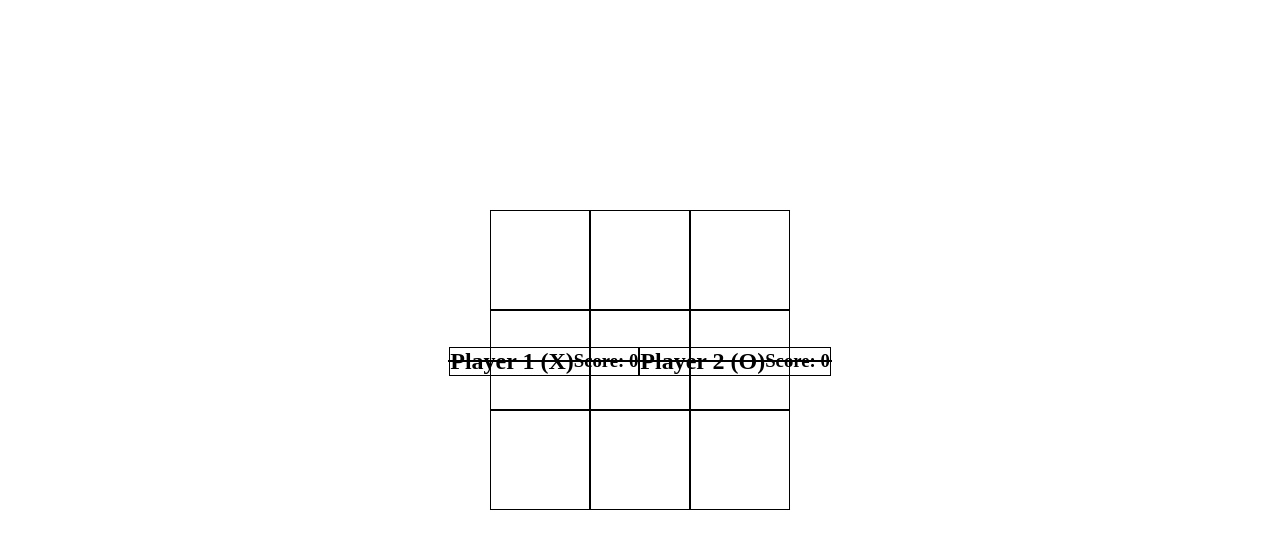
Repository: Dimitris2031/Tic-Tac-Toe
Page: main.html
An editor plug-in stored every save of this project. The page is shown before and after a run of saves, followed by the edit.
The browser window is 1280 px wide. The pictures show the whole page.

Above is the page before, as saved 2025-09-05 23:45:58.

### main.html
<!DOCTYPE html>
    <head>
        <title>Rock Paper Sciscor Project</title>
        <link rel="stylesheet" href="main.css">
    </head>
    <body>
        <div class="scoreboard">
            <div class="player1">
                <h2>Player 1 (X)</h2>
                <h3 id="player1score">Score: 0</h3>
            </div>
            <div class="player2">
                <h2>Player 2 (O)</h2>
                <h3 id="player2score">Score: 0</h3>
            </div>
        </div>
        <main class="main">
            <div></div>
            <div></div>
            <div></div>
            <div></div>
            <div></div>
            <div></div>
            <div></div>
            <div></div>
            <div></div>
        </main>
        <script src="main.js"></script>
    </body>

</html>

### main.css
*{
    margin: 0;
    padding: 0;
    box-sizing: border-box;
}
body{
    display: flex;
    align-items: center;
    justify-content: center;
    min-height: 100vh;
}

main{
    display: grid;
    width: 300px;
    height: 300px;
    grid-template-columns: repeat(3,1fr);
    grid-template-rows: repeat(3,1fr);

}

div{
    border: 1px solid black;
    display: flex;
    align-items: center;
    justify-content: center;
}

.scoreboard{
    position: absolute;
    top: 50%;
    bottom: 50%;
}

### main.js

const Gameboard = (() => {
    const GameboardArray = new Array(9).fill(null);
    const winningConditions = [
        [0, 1, 2],
        [3, 4, 5],
        [6, 7, 8],

        [0, 3, 6],
        [1, 4, 7],
        [2, 5, 8],

        [0, 4, 8],
        [2, 4, 6]
    ];
    function updateBoard(index, marker){
        GameboardArray[index] = marker;
        document.getElementById(index).textContent = marker;
    }
    return {
        updateBoard,
        winningConditions,
        GameboardArray};
    })();


const GameReferee = (() => {
    let currIndex = 1;
    let player1 = playerFactory('player1','X',0);
    let player2 = playerFactory('player2','O',0);
    const players = [player1,player2];
    function checkPlayerTurn(){
        currIndex = 1 - currIndex;
        players[currIndex];
        return players[currIndex];
    }

    function checkWin(){
        for (let condition of Gameboard.winningConditions){
            const [a,b,c] = condition;
            if (Gameboard.GameboardArray[a] && Gameboard.GameboardArray[a] === Gameboard.GameboardArray[b] && Gameboard.GameboardArray[a] === Gameboard.GameboardArray[c]){
                if (Gameboard.GameboardArray[a] === 'X'){
                    alert(`${Gameboard.GameboardArray[a]} wins!`);
                    player1.score += 1;
                    return true;
                }else{
                    alert(`${Gameboard.GameboardArray[a]} wins!`);
                    player2.score += 1;
                    return true;
                }
            }
        }
    }
    function resetGame(){
        Gameboard.GameboardArray.fill(null);
        document.querySelectorAll('div').forEach((div) => {
            div.textContent = '';
        });
        currIndex = 1;
    }

    return {
        checkWin,
        checkPlayerTurn,
        resetGame
    };
})();

function playerFactory(name,marker,score){
    return{
        name: name,
        marker: marker,
        score: score

    }
}


document.querySelectorAll('div').forEach((div,i) => {
    div.id = i;
    div.addEventListener('click', async () => {
        if (Gameboard.GameboardArray[div.id] == null){
            Gameboard.updateBoard(div.id, GameReferee.checkPlayerTurn().marker);
            if (GameReferee.checkWin()){
                GameReferee.resetGame();
            }else if (!Gameboard.GameboardArray.includes(null)){
                alert("It's a tie!");
                GameReferee.resetGame();
            }
        }
    });
});

After the next 2 saves:
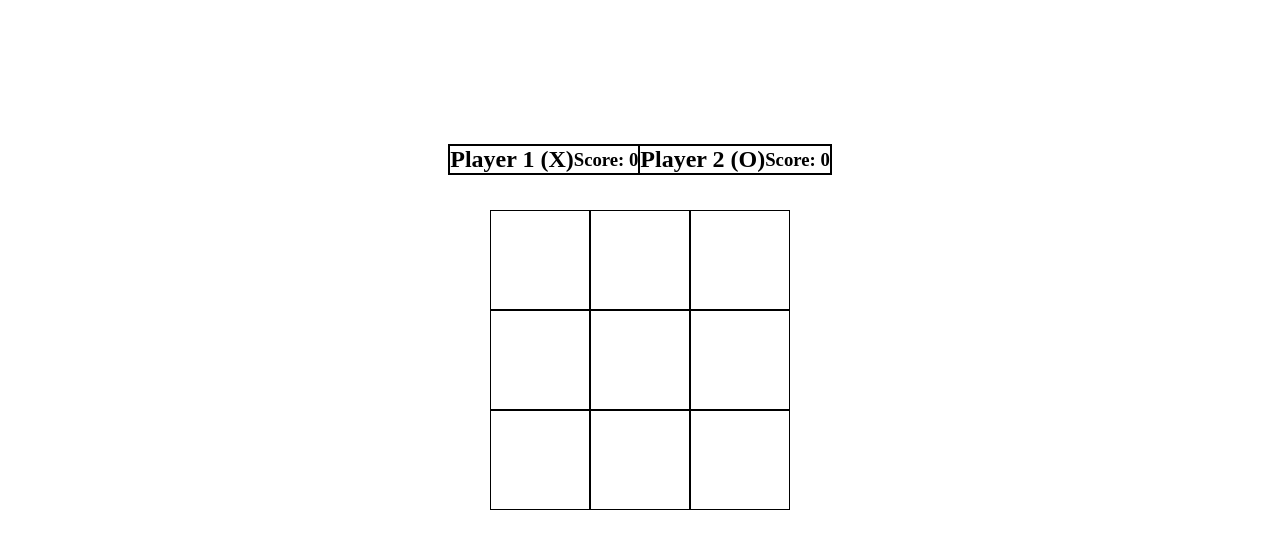
The 2 saves are shown as one change because they came seconds apart.
The last was saved 7 s later.
--- a/main.css
+++ b/main.css
@@ -28,6 +28,5 @@ div{
 
 .scoreboard{
     position: absolute;
-    top: 50%;
-    bottom: 50%;
+    top: 20%;
 }
